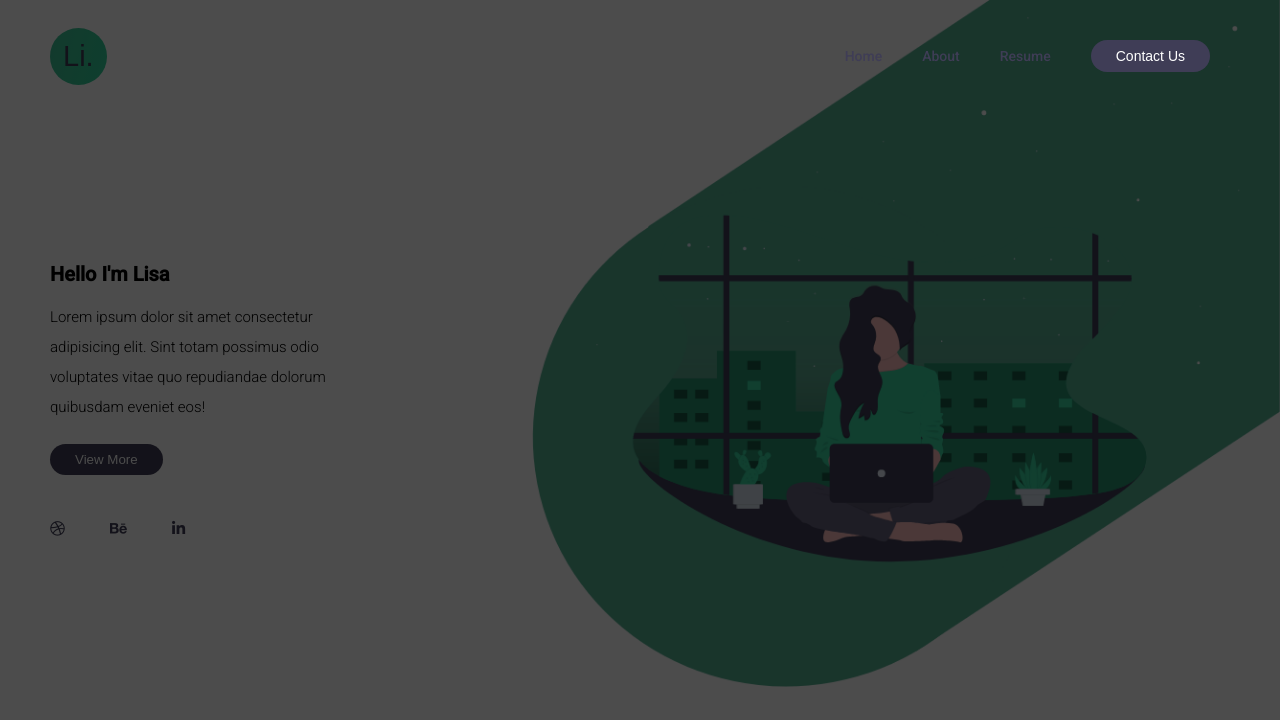
Repository: kebinh1235/porfolio-demo
Page: index.html
These files come from the project's save history. The page is drawn as it stood at one moment and after a run of saves; the edit follows.
The browser window is 1280 px wide. The pictures show the window.
A layer covers the whole window, so only the first screen is drawn. Some web libraries are served in a nearby version.

Above is the page before, as saved 2021-10-20 17:30:45.

After the next 2 saves:
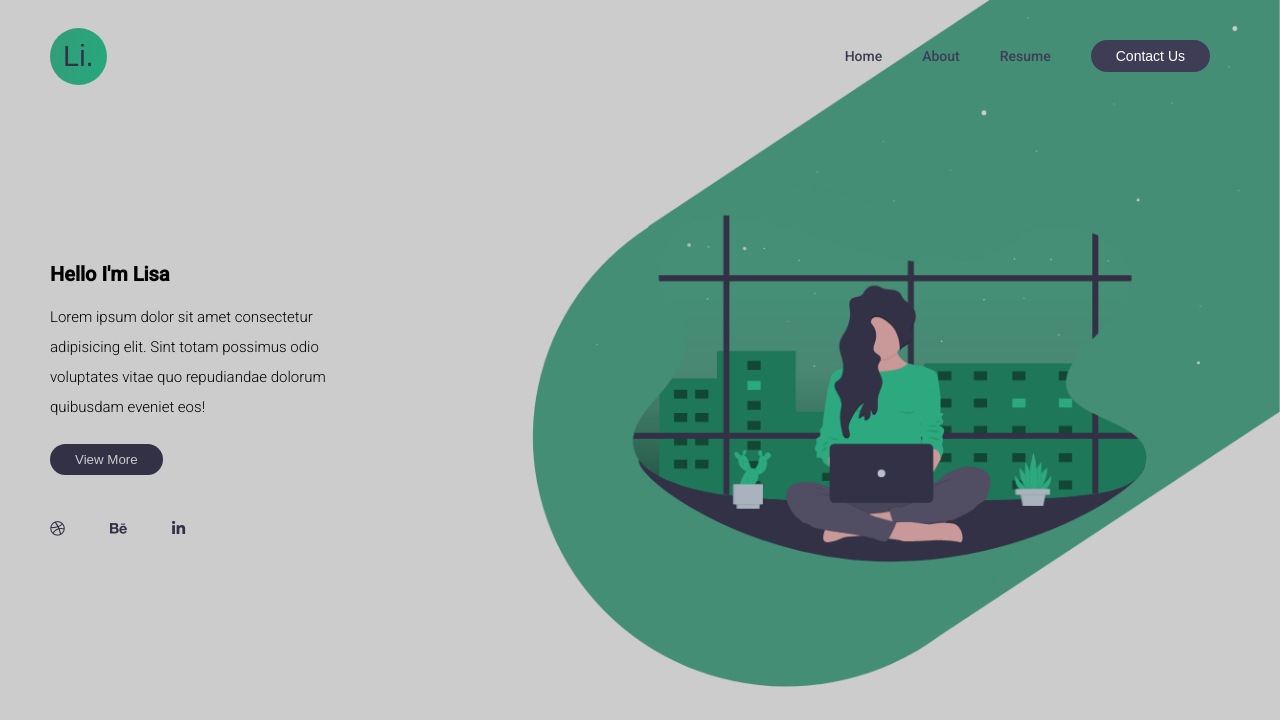
The 2 saves are shown as one change because they came seconds apart.
The last was saved 10 s later.
--- a/css/style.css
+++ b/css/style.css
@@ -27,7 +27,7 @@ img {
 #overlay {
   position: fixed;
   inset: 0;
-  background: rgb(0,0,0,0.7);
+  background: rgb(0,0,0,0.2);
   z-index: 4;
 }
 .container {
